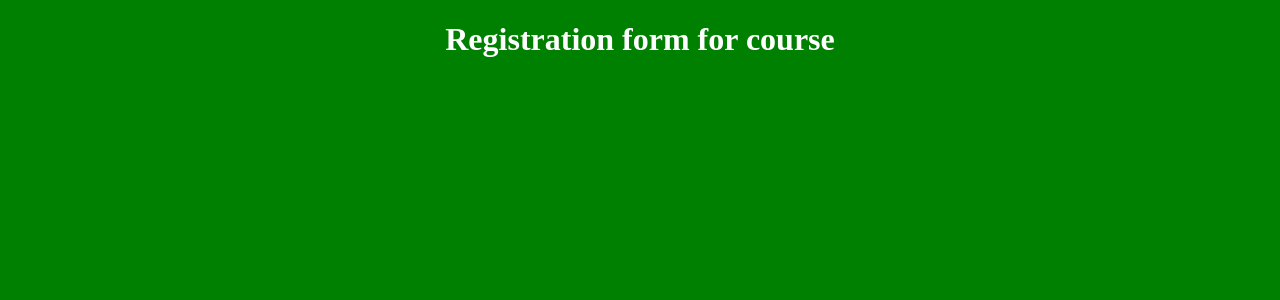
Repository: lalitkrchoudhary/Servlet-notes
Page: RequestServletApp/src/main/webapp/register.html
These files come from the project's save history. The page is drawn as it stood at one moment and after the next save; the edit follows.
The browser window is 1280 px wide. The pictures show the whole page.

Above is the page before, as saved 2024-04-28 22:50:20.

After the next save:
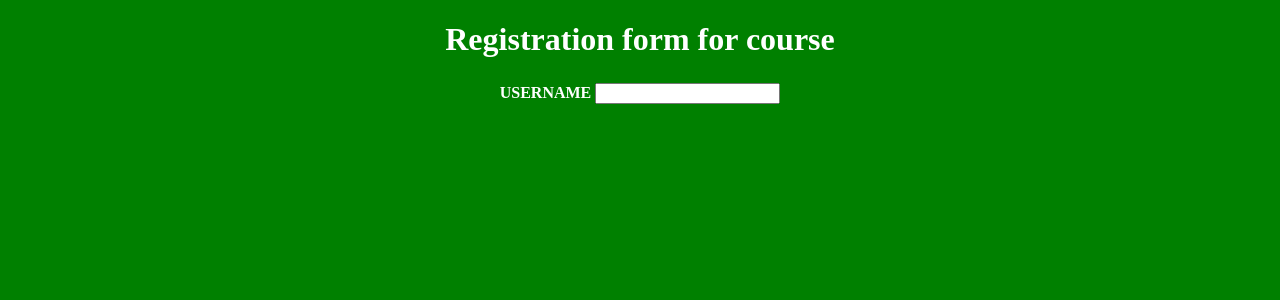
Saved 114 s later.
--- a/RequestServletApp/src/main/webapp/register.html
+++ b/RequestServletApp/src/main/webapp/register.html
@@ -8,7 +8,13 @@
 <center>
 <h1>Registration form for course </h1>
 <form method="post">
+<table>
+<tr>
+<th>USERNAME</th>
+<td><input type="text" name="username"   /></td>
+<tr>
 
+</table>
 </form>
 </center>
 
